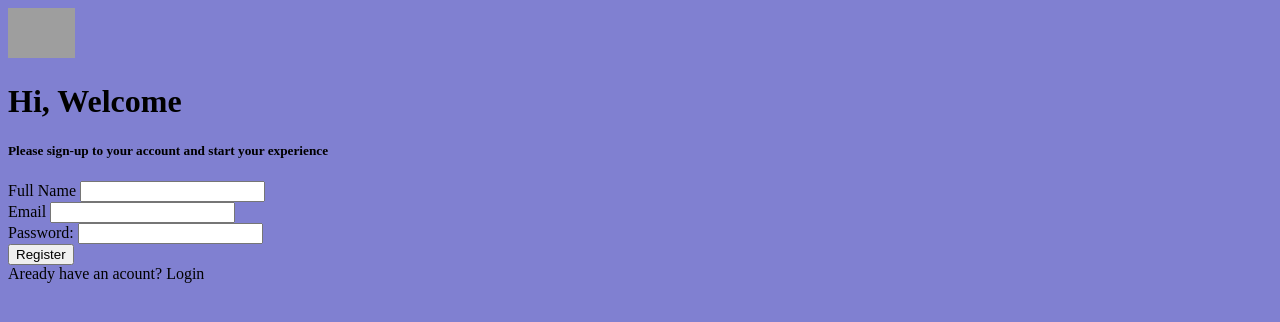
Repository: KingBoyMaylow/movie-task
Page: index.html
An editor plug-in stored every save of this project. The page is shown before and after a run of saves, followed by the edit.
The browser window is 1280 px wide. The pictures show the whole page.
Pictures or frames that could not be fetched are drawn as grey boxes.

Above is the page before, as saved 2024-05-18 17:03:07.

After the next 2 saves:
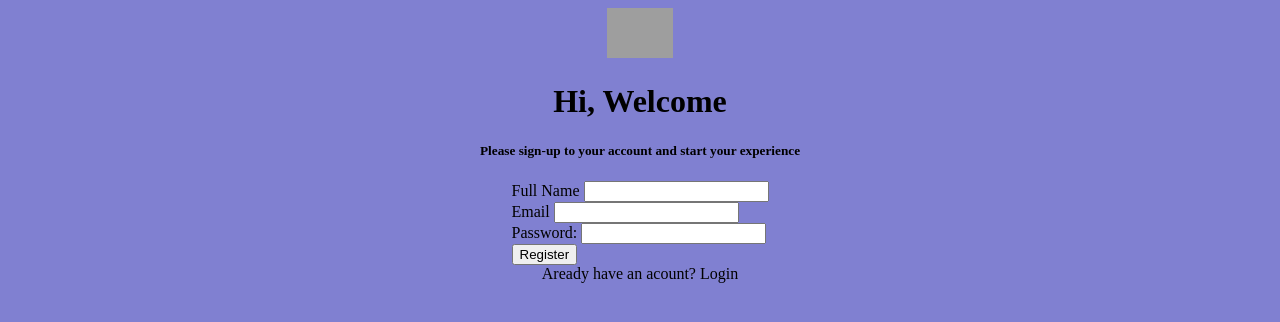
The 2 saves are shown as one change because they came seconds apart.
The last was saved 8 s later.
--- a/html.css
+++ b/html.css
@@ -2,7 +2,7 @@ body{
     background-color:  rgb(128, 128, 209);
 }
 .sign-up-div{
-    ju
+    justify-items: center;
 }
 img{
     height: 50px;
